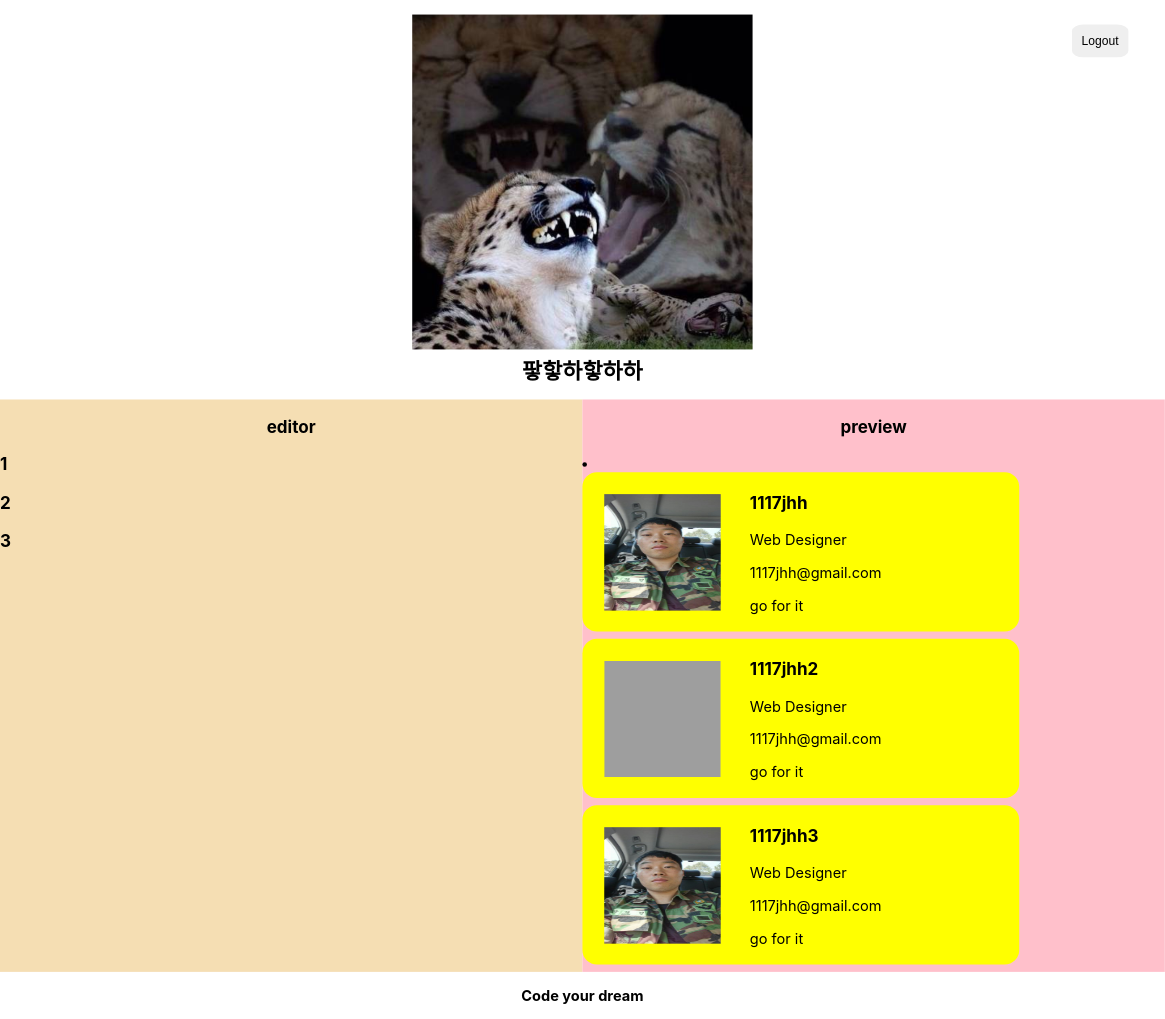
Repository: janghwahyun/pr_card_maker
Page: /maker
These files come from the project's save history. The page is drawn as it stood at one moment and after a run of saves; the edit follows.
The browser window is 1280 px wide. The pictures show the whole page, at 91% of full size.
Pictures or frames that could not be fetched are drawn as grey boxes. The page's requests for data from a server got no answer. The project was rebuilt for these pictures with package versions that can differ from the ones it lists, and the page was loaded fresh each time. No one was signed in, and anything a server would have sent is missing. Also part of the build but not shown: src/components/login/login.jsx, src/components/card_edit_form/card_edit_form_module.css. Imported but missing from the stored project, and not drawn on this page: src/reportWebVitals.

Above is the page before, as saved 2021-12-24 01:44:51.

After the next 2 saves:
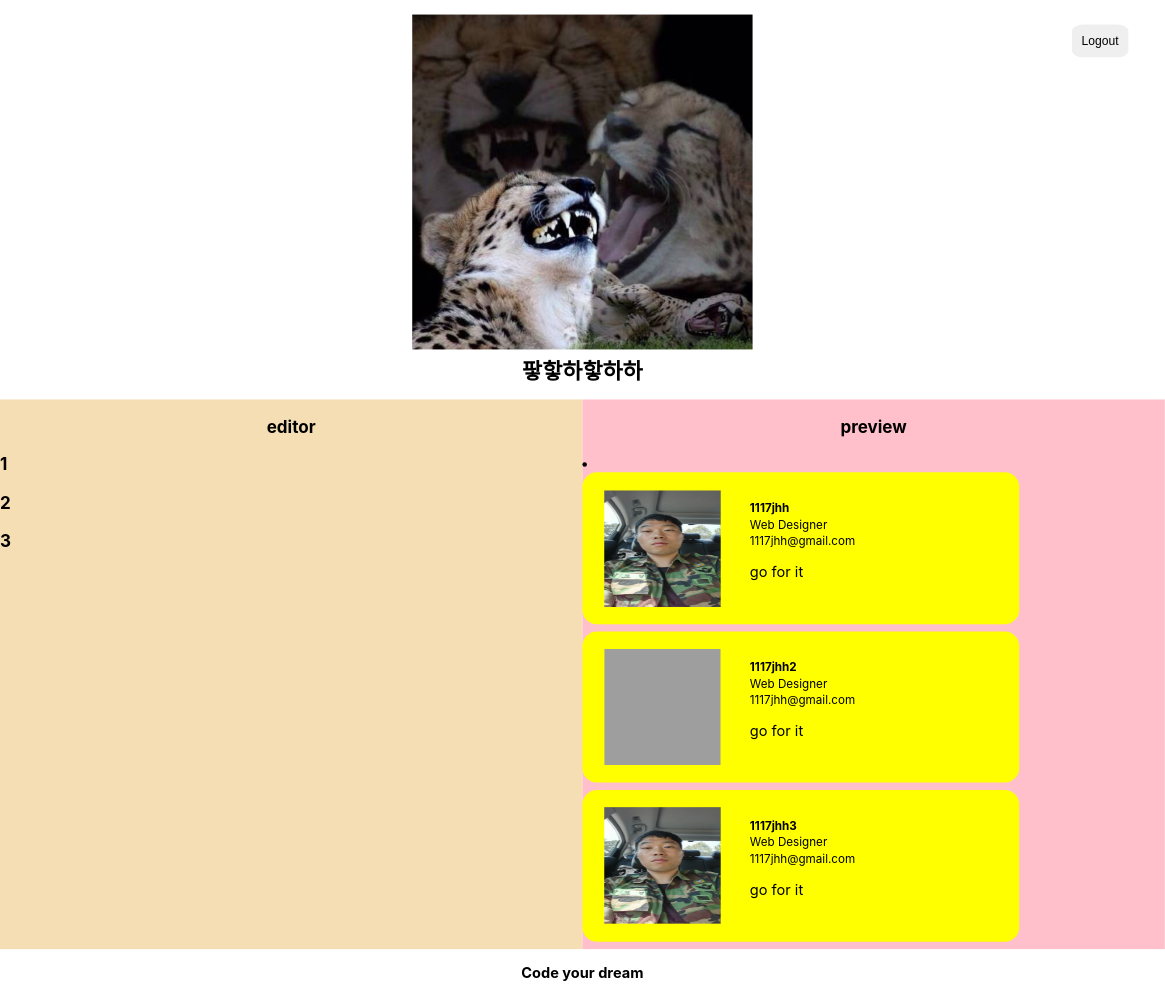
The 2 saves are shown as one change because they came seconds apart.
The last was saved 2 min 44 s later.
--- a/src/components/card/card.module.css
+++ b/src/components/card/card.module.css
@@ -32,3 +32,13 @@
   margin-left: 0.5em;
   margin-right: 1em;
 }
+
+.name,
+.company,
+.title,
+.email,
+.message {
+  margin: 0;
+  font-size: 0.8rem;
+  margin-bottom: 0.2rem;
+}
